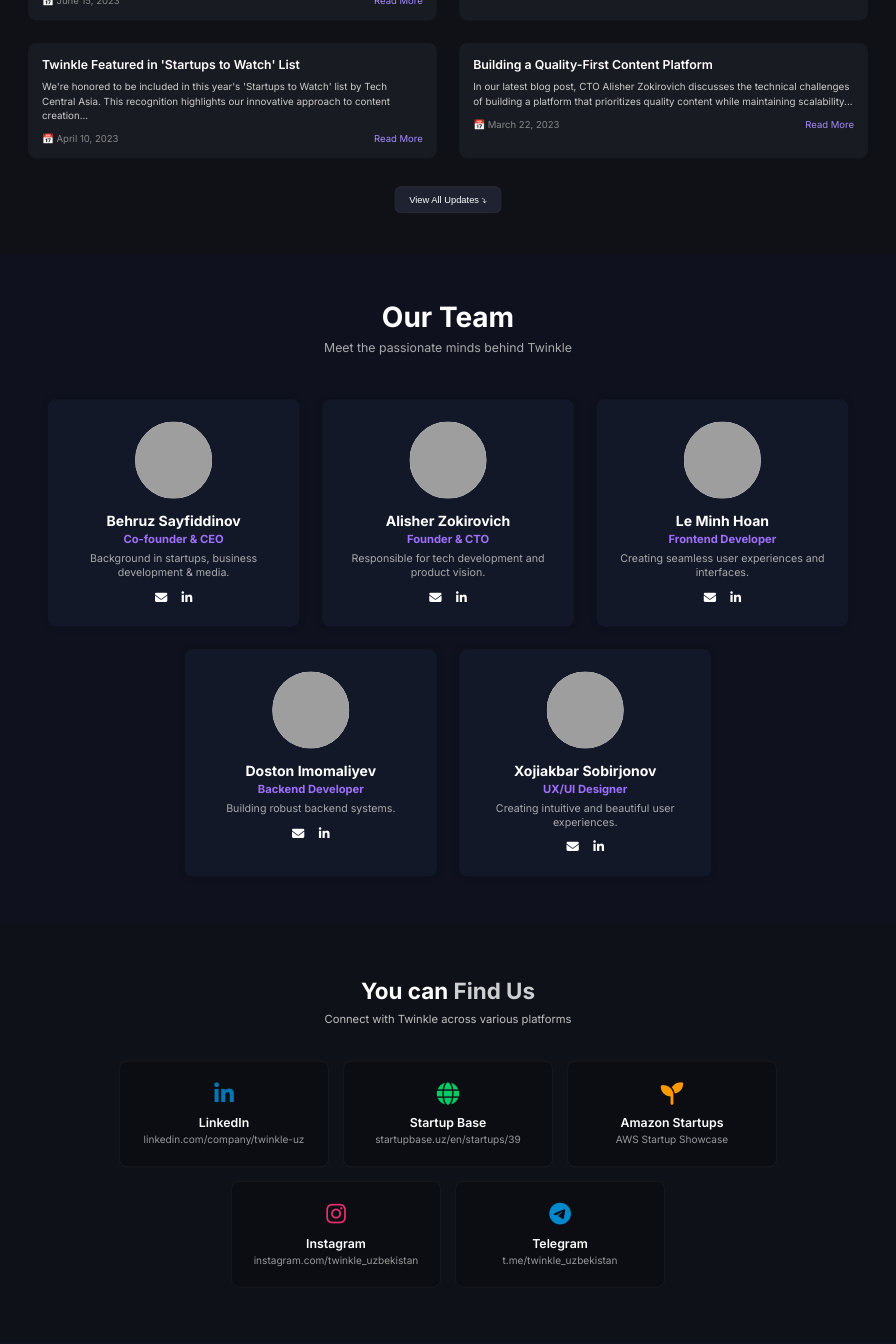
Repository: techboy-33/Twinkle-web
Page: index.html
An editor plug-in stored every save of this project. The page is shown before and after the next save, followed by the edit.
The browser window is 1280 px wide. The pictures show the part of the page from y = 1625 to 3545 px (the page is 3545 px tall), at 70% of full size.
Pictures or frames that could not be fetched are drawn as grey boxes.

Above is the page before, as saved 2025-05-12 11:42:51.

### index.html
<!DOCTYPE html>
<html lang="en">

<head>
    <meta charset="UTF-8" />
    <meta name="viewport" content="width=device-width, initial-scale=1.0" />
    <title>Twinkle</title>
    <link href="styles.css" rel="stylesheet" />
    <link href="https://fonts.googleapis.com/css2?family=Inter:wght@400;600;700&display=swap" rel="stylesheet">
    <link rel="stylesheet" href="https://cdnjs.cloudflare.com/ajax/libs/font-awesome/6.5.0/css/all.min.css">
</head>

<body>
    <header class="navbar">
        <div class="container nav-inner">
            <div class="logo">Twinkle</div>
            <div class="nav-right">
                <nav class="nav-links">
                    <a href="#">General Info</a>
                    <a href="#">News</a>
                    <a href="#">Team</a>
                </nav>
                <div class="nav-icons">
                    <button class="icon-btn">🌐</button>
                    <button class="icon-btn">🌙</button>
                    <button class="contact-btn">Contact</button>
                </div>
            </div>
        </div>
    </header>
    <section class="hero">
        <div class="hero-inner">
            <h1>Twinkle</h1>
            <p class="subtitle">
                A social media platform uniting creators who produce high-quality, intellectual, and value-driven
                content with innovative filtering and multi-monetization models.
            </p>

            <div class="info-grid">
                <div class="info-card">
                    <h3>📍 Founded</h3>
                    <p>15th of December 2024</p>
                </div>
                <div class="info-card">
                    <h3>🏢 Headquarters</h3>
                    <p>Samarkand, Uzbekistan (remote)</p>
                </div>
                <div class="info-card">
                    <h3>🎯 Focus</h3>
                    <p>Creator economy, empowering media industry</p>
                </div>
                <div class="info-card">
                    <h3>🌍 Target Market</h3>
                    <p>Uzbekistan, Global Expansion</p>
                </div>
            </div>

            <button class="learn-btn">Learn More ⌄</button>
        </div>
    </section>
    <main class="container">
        <section class="general-info">
            <h2>General Info</h2>
            <div class="info-columns">
                <div class="left">
                    <p><strong>Industry</strong><br>Social Media, Creator Economy</p>
                    <p><strong>Business Model</strong><br>Platform, Subscription, Transaction Fees</p>
                    <p><strong>Location</strong><br>Tashkent, Uzbekistan</p>
                    <p><strong>Stage</strong><br>Pre-Seed</p>
                </div>
                <div class="right">
                    <p><strong>Description</strong><br>
                        Twinkle is designed to build a community of high-caliber, educational content creators while
                        creating a next-generation media platform that enables expanded monetization opportunities.
                    </p>
                    <p><strong>Investment Needs</strong><br>
                        Seeking investment for platform development, marketing, team expansion, and operational costs.
                    </p>
                    <button class="pitch-btn">View Pitch Deck ⬇️</button>
                </div>
            </div>
        </section>
    </main>
    <section class="news-section">
        <div class="container">
            <h2 class="news-title">Latest News</h2>
            <p class="news-subtitle">Updates and insights from our LinkedIn</p>

            <div class="news-grid">
                <!-- News Card 1 -->
                <div class="news-card">
                    <h3>Twinkle Announces Partnership with Local Creator Hub</h3>
                    <p>We're excited to announce our new partnership with the Central Asian Creator Hub, which will help
                        us connect with more talented content creators in the region...</p>
                    <div class="news-meta">
                        <span>📅 June 15, 2023</span>
                        <a href="#">Read More</a>
                    </div>
                </div>

                <!-- News Card 2 -->
                <div class="news-card">
                    <h3>The Future of Content Monetization in Emerging Markets</h3>
                    <p>Our CEO Behruz Sayfiddinov shares insights on how content creators in emerging markets can
                        leverage new monetization strategies to build sustainable careers...</p>
                    <div class="news-meta">
                        <span>📅 May 28, 2023</span>
                        <a href="#">Read More</a>
                    </div>
                </div>

                <!-- News Card 3 -->
                <div class="news-card">
                    <h3>Twinkle Featured in 'Startups to Watch' List</h3>
                    <p>We're honored to be included in this year's 'Startups to Watch' list by Tech Central Asia. This
                        recognition highlights our innovative approach to content creation...</p>
                    <div class="news-meta">
                        <span>📅 April 10, 2023</span>
                        <a href="#">Read More</a>
                    </div>
                </div>

                <!-- News Card 4 -->
                <div class="news-card">
                    <h3>Building a Quality-First Content Platform</h3>
                    <p>In our latest blog post, CTO Alisher Zokirovich discusses the technical challenges of building a
                        platform that prioritizes quality content while maintaining scalability...</p>
                    <div class="news-meta">
                        <span>📅 March 22, 2023</span>
                        <a href="#">Read More</a>
                    </div>
                </div>
            </div>

            <div class="view-all-wrapper">
                <button class="view-all-btn">View All Updates ⤵</button>
            </div>
        </div>
    </section>
    <section class="team-section">
        <div class="container">
            <h2 class="team-title">Our Team</h2>
            <p class="team-subtitle">Meet the passionate minds behind Twinkle</p>

            <div class="team-grid">
                <!-- Team Members -->
                <div class="team-card">
                    <img src="https://encrypted-tbn0.gstatic.com/images?q=tbn:ANd9GcR9CMIiPoEBXCQ0sEX700hf1_gQ1kkmD3HA4w&s"
                        alt="Behruz">
                    <h3>Behruz Sayfiddinov</h3>
                    <p class="role">Co-founder & CEO</p>
                    <p class="desc">Background in startups, business development & media.</p>
                    <div class="icons">
                        <a href="#"><i class="fas fa-envelope"></i></a>
                        <a href="#"><i class="fab fa-linkedin-in"></i></a>
                    </div>
                </div>

                <div class="team-card">
                    <img src="https://encrypted-tbn0.gstatic.com/images?q=tbn:ANd9GcR9CMIiPoEBXCQ0sEX700hf1_gQ1kkmD3HA4w&s"
                        alt="Alisher">
                    <h3>Alisher Zokirovich</h3>
                    <p class="role">Founder & CTO</p>
                    <p class="desc">Responsible for tech development and product vision.</p>
                    <div class="icons">
                        <a href="#"><i class="fas fa-envelope"></i></a>
                        <a href="#"><i class="fab fa-linkedin-in"></i></a>
                    </div>
                </div>

                <div class="team-card">
                    <img src="https://encrypted-tbn0.gstatic.com/images?q=tbn:ANd9GcR9CMIiPoEBXCQ0sEX700hf1_gQ1kkmD3HA4w&s"
                        alt="Member">
                    <h3>Le Minh Hoan</h3>
                    <p class="role">Frontend Developer</p>
                    <p class="desc">Creating seamless user experiences and interfaces.</p>
                    <div class="icons">
                        <a href="#"><i class="fas fa-envelope"></i></a>
                        <a href="#"><i class="fab fa-linkedin-in"></i></a>
                    </div>
                </div>

                <div class="team-card">
                    <img src="https://encrypted-tbn0.gstatic.com/images?q=tbn:ANd9GcR9CMIiPoEBXCQ0sEX700hf1_gQ1kkmD3HA4w&s"
                        alt="Member">
                    <h3>Doston Imomaliyev</h3>
                    <p class="role">Backend Developer</p>
                    <p class="desc">Building robust backend systems.</p>
                    <div class="icons">
                        <a href="#"><i class="fas fa-envelope"></i></a>
                        <a href="#"><i class="fab fa-linkedin-in"></i></a>
                    </div>
                </div>

                <div class="team-card">
                    <img src="https://encrypted-tbn0.gstatic.com/images?q=tbn:ANd9GcR9CMIiPoEBXCQ0sEX700hf1_gQ1kkmD3HA4w&s"
                        alt="Member">
                    <h3>Xojiakbar Sobirjonov</h3>
                    <p class="role">UX/UI Designer</p>
                    <p class="desc">Creating intuitive and beautiful user experiences.</p>
                    <div class="icons">
                        <a href="#"><i class="fas fa-envelope"></i></a>
                        <a href="#"><i class="fab fa-linkedin-in"></i></a>
                    </div>
                </div>
            </div>
        </div>
    </section>
    <section class="find-us-section">
        <div class="container">
            <h2 class="find-us-title">You can <span>Find Us</span></h2>
            <p class="find-us-subtitle">Connect with Twinkle across various platforms</p>
            <div class="find-us-grid">
                <div class="find-us-card linkedin">
                    <i class="fab fa-linkedin-in"></i>
                    <h3>LinkedIn</h3>
                    <p>linkedin.com/company/twinkle-uz</p>
                </div>
                <div class="find-us-card startup-base">
                    <i class="fas fa-globe"></i>
                    <h3>Startup Base</h3>
                    <p>startupbase.uz/en/startups/39</p>
                </div>
                <div class="find-us-card amazon">
                    <i class="fas fa-seedling"></i>
                    <h3>Amazon Startups</h3>
                    <p>AWS Startup Showcase</p>
                </div>
                <div class="find-us-card instagram">
                    <i class="fab fa-instagram"></i>
                    <h3>Instagram</h3>
                    <p>instagram.com/twinkle_uzbekistan</p>
                </div>
                <div class="find-us-card telegram">
                    <i class="fab fa-telegram-plane"></i>
                    <h3>Telegram</h3>
                    <p>t.me/twinkle_uzbekistan</p>
                </div>
            </div>
        </div>
    </section>


</body>

</html>

### styles.css
* {
  margin: 0;
  padding: 0;
  box-sizing: border-box;
}

body {
  margin: 0;
  background-color: #0f172a;
  font-family: 'Inter', sans-serif;
  color: #cbd5e1;
  padding-top: 80px;
}

.container {
  max-width: 1200px;
  margin: 0 auto;
}

.navbar {
  position: fixed;
  top: 0;
  width: 100%;
  background-color: #0f172a;
  z-index: 1000;
  padding: 20px 0;
}

.nav-inner {
  display: flex;
  justify-content: space-between;
  align-items: center;
}
.hero {
  background-color: #0b0b0c;
  color: #fff;
  padding: 100px 0;
}

.hero-inner {
  padding: 0 20%;
  display: flex;
  flex-direction: column;
  align-items: flex-start;
}


.logo {
  font-size: 20px;
  font-weight: 700;
  color: white;
}

.nav-right {
  display: flex;
  align-items: center;
  gap: 24px;
}

.nav-links {
  display: flex;
  gap: 24px;
}

.nav-links a {
  text-decoration: none;
  color: #d1d5db;
  font-weight: 500;
  font-size: 14px;
}

.nav-icons {
  display: flex;
  align-items: center;
  gap: 16px;
}

.icon-btn {
  background: none;
  border: none;
  color: #d1d5db;
  font-size: 18px;
  cursor: pointer;
}

.contact-btn {
  background-color: #8b5cf6;
  border: none;
  color: white;
  padding: 8px 16px;
  border-radius: 6px;
  font-weight: 600;
  font-size: 14px;
  cursor: pointer;
}


.main-container {
  max-width: 1200px;
  margin: 60px auto;
  padding-left: 60px;
  display: flex;
  justify-content: flex-start;
}


.hero-inner h1 {
  font-size: 56px;
  font-weight: 800;
  margin-bottom: 20px;
}

.subtitle {
  font-size: 18px;
  max-width: 720px;
  color: #a1a1aa;
  margin-bottom: 50px;
  line-height: 1.7;
}

.info-grid {
  display: grid;
  grid-template-columns: repeat(2, 1fr);
  gap: 24px 40px;
  width: 100%;
  margin-bottom: 40px;
}

.info-card {
  background-color: #101014;
  padding: 24px 28px;
  border: 1px solid #1e1e2e;
  border-radius: 10px;
  display: flex;
  flex-direction: column;
  gap: 8px;
}

.info-card h3 {
  font-size: 16px;
  color: #d4d4d8;
  font-weight: 600;
  display: flex;
  align-items: center;
  gap: 8px;
}

.info-card h3::before {
  content: '📌';
  color: #a855f7;
}

.info-card:nth-child(2) h3::before {
  content: '🏢';
}

.info-card:nth-child(3) h3::before {
  content: '🎯';
}

.info-card:nth-child(4) h3::before {
  content: '🌍';
}

.info-card p {
  font-size: 14px;
  color: #a1a1aa;
}

.learn-btn {
  background-color: #8b5cf6;
  color: white;
  padding: 12px 28px;
  font-size: 16px;
  border-radius: 6px;
  border: none;
  cursor: pointer;
  transition: background 0.3s ease;
}

.learn-btn:hover {
  background-color: #7c3aed;
}

/* General Info Section */
.general-info {
  padding: 80px 140px;
}

.general-info h2 {
  text-align: center;
  font-size: 32px;
  color: white;
  margin-bottom: 40px;
}

.info-columns {
  display: flex;
  gap: 60px;
  justify-content: space-between;
}

.info-columns .left,
.info-columns .right {
  flex: 1;
}

.info-columns p {
  margin-bottom: 20px;
  color: #94a3b8;
  line-height: 24px;
}

.info-columns strong {
  color: white;
}

/* Pitch Deck Button */
.pitch-btn {
  background-color: #8b5cf6;
  color: white;
  border: none;
  padding: 12px 20px;
  font-weight: 500;
  border-radius: 6px;
  margin-top: 20px;
  cursor: pointer;
}

/* new section */
.news-section {
  background-color: #0f1117;
  color: #fff;
  padding: 60px 20px;
}

.news-title {
  font-size: 2rem;
  font-weight: 700;
  margin-bottom: 8px;
  padding-left: 140px;
}

.news-subtitle {
  color: #ccc;
  margin-bottom: 40px;
  padding-left: 140px;

}

.news-grid {
  display: grid;
  grid-template-columns: repeat(2, 1fr);
  gap: 32px;
  max-width: 1200px;
  margin: 0 auto;
}

.news-card {
  background-color: #181b22;
  border-radius: 12px;
  padding: 20px;
  transition: background 0.3s;
}

.news-card h3 {
  font-size: 1.1rem;
  font-weight: 600;
  margin-bottom: 10px;
}

.news-card p {
  font-size: 14px;
  line-height: 1.5;
  color: #ccc;
}

.news-meta {
  display: flex;
  justify-content: space-between;
  align-items: center;
  font-size: 0.85rem;
  margin-top: 15px;
  color: #888;
}

.news-meta a {
  color: #a78bfa;
  text-decoration: none;
  font-weight: 500;
}

.view-all-wrapper {
  text-align: center;
  margin-top: 40px;
}

.view-all-btn {
  background-color: #1f2230;
  color: #fff;
  padding: 10px 20px;
  border-radius: 8px;
  border: 1px solid #333;
  cursor: pointer;
  transition: all 0.2s ease;
}

.view-all-btn:hover {
  background-color: #2c2f3e;
}

/* team section */
.team-section {
  padding: 4rem 1rem;
  background-color: #0f121e;
  color: white;
  text-align: center;
}

.team-title {
  font-size: 2.5rem;
  margin-bottom: 0.5rem;
}

.team-subtitle {
  font-size: 1.1rem;
  margin-bottom: 4rem;
  color: #aaa;
}

.team-grid {
  display: flex;
  flex-wrap: wrap;
  justify-content: center;
  gap: 2rem;
}

.team-card {
  background-color: #131829;
  border-radius: 12px;
  padding: 2rem 1.5rem;
  width: 360px;
  text-align: center;
  box-shadow: 0 0 10px rgba(0,0,0,0.2);
}

.team-card img {
  width: 110px;
  height: 110px;
  border-radius: 50%;
  background-color: white;
  object-fit: cover;
  margin-bottom: 1rem;
}

.team-card h3 {
  font-size: 1.25rem;
  margin-bottom: 0.25rem;
}

.team-card .role {
  font-weight: bold;
  color: #9f70ff;
  margin-bottom: 0.5rem;
}

.team-card .desc {
  font-size: 0.95rem;
  color: #aaa;
  margin-bottom: 1rem;
}

.team-card .icons a {
  color: white;
  margin: 0 0.5rem;
  font-size: 1.1rem;
}


.icons a:hover {
  color: #a76cff;
}

/* Find Us */
.find-us-section {
  background-color: #0e1117;
  padding: 80px 20px;
  text-align: center;
  color: #fff;
}

.find-us-title {
  font-size: 2rem;
  font-weight: 700;
  margin-bottom: 10px;
}

.find-us-title span {
  color: #ffffffcc;
}

.find-us-subtitle {
  color: #c0c0c0;
  margin-bottom: 50px;
  font-size: 1rem;
}

.find-us-grid {
  display: flex;
  flex-wrap: wrap;
  justify-content: center;
  gap: 20px;
}

.find-us-card {
  background-color: #0b0d13;
  border: 1px solid #1f1f1f;
  border-radius: 12px;
  padding: 30px;
  width: 300px;
  text-align: center;
  transition: all 0.3s ease;
}

.find-us-card:hover {
  transform: translateY(-5px);
  border-color: #2c7cf4;
}

.find-us-card i {
  font-size: 2rem;
  margin-bottom: 15px;
  display: block;
}

.find-us-card h3 {
  font-size: 1.1rem;
  font-weight: 600;
  margin-bottom: 5px;
}

.find-us-card p {
  font-size: 0.9rem;
  color: #999;
}

/* Optional: Different icon colors per platform */
.find-us-card.linkedin i { color: #0077b5; }
.find-us-card.startup-base i { color: #00cc66; }
.find-us-card.amazon i { color: #ff9900; }
.find-us-card.instagram i { color: #e1306c; }
.find-us-card.telegram i { color: #0088cc; }

After the next save:
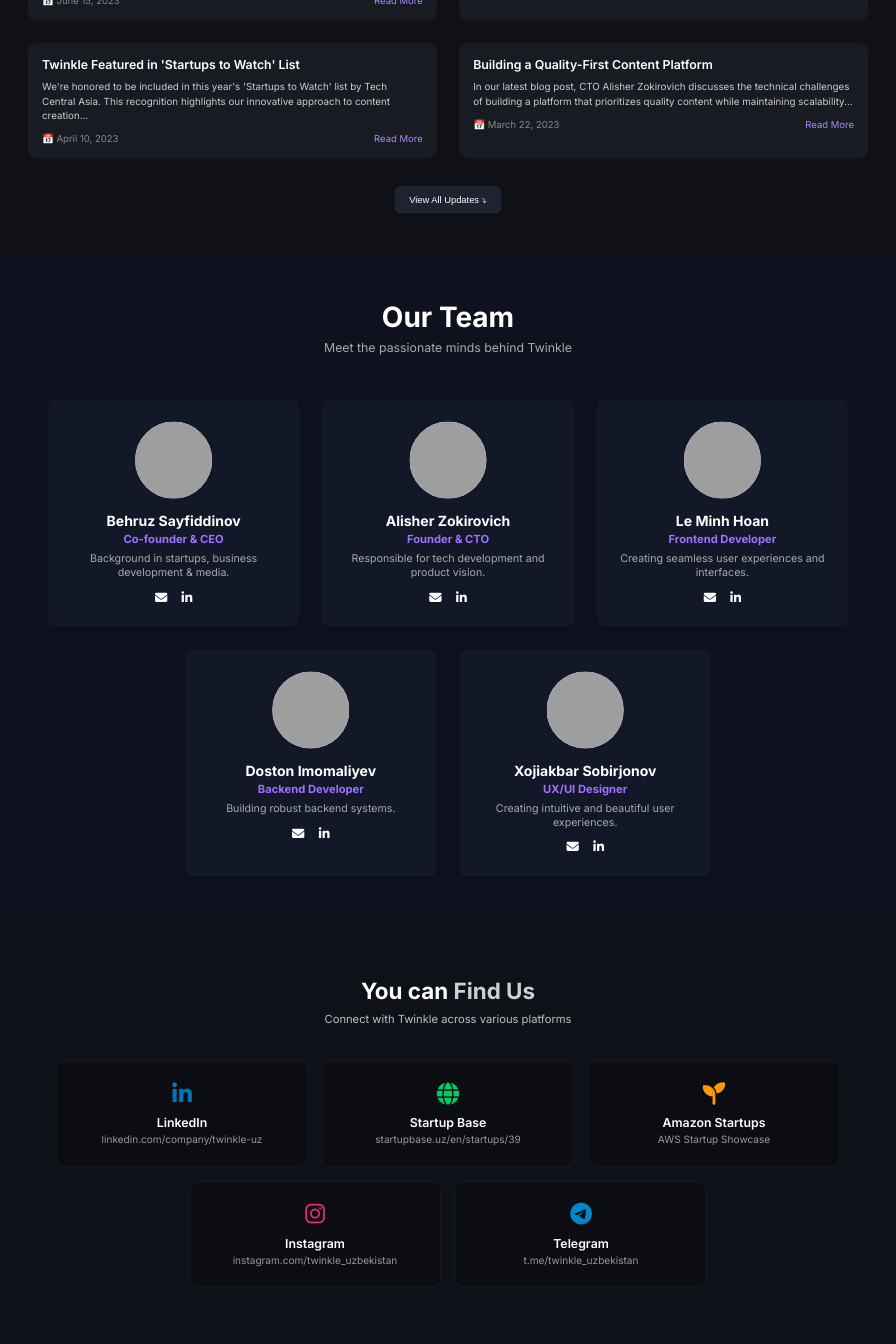
Saved 94 s later.
--- a/styles.css
+++ b/styles.css
@@ -417,7 +417,7 @@
   border: 1px solid #1f1f1f;
   border-radius: 12px;
   padding: 30px;
-  width: 300px;
+  width: 360px;
   text-align: center;
   transition: all 0.3s ease;
 }
